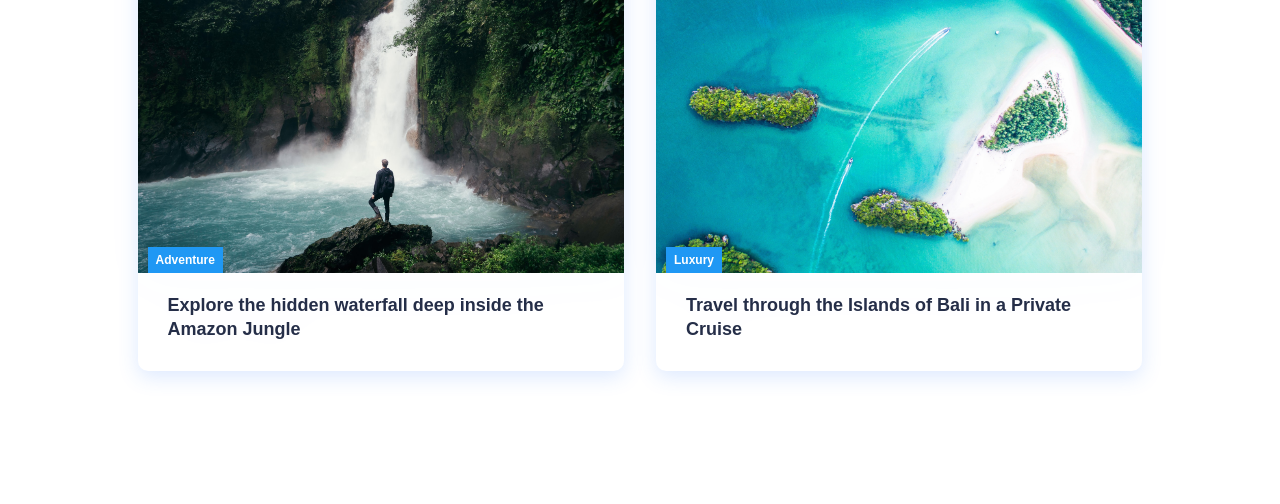
Repository: kate30980/practice-react-lp1
Page: /
The author's editor kept a copy of each file at every save. The page is drawn from the files as they stood at one save, then again after the next save.
The browser window is 1280 px wide. The pictures show the part of the page from y = 1004 to 1956 px (the page is 1508 px tall before and 1956 px after).
The project was rebuilt for these pictures with package versions that can differ from the ones it lists, and the page was loaded fresh each time.

Above is the page before, as saved 2021-09-25 15:15:53.

After the next save:
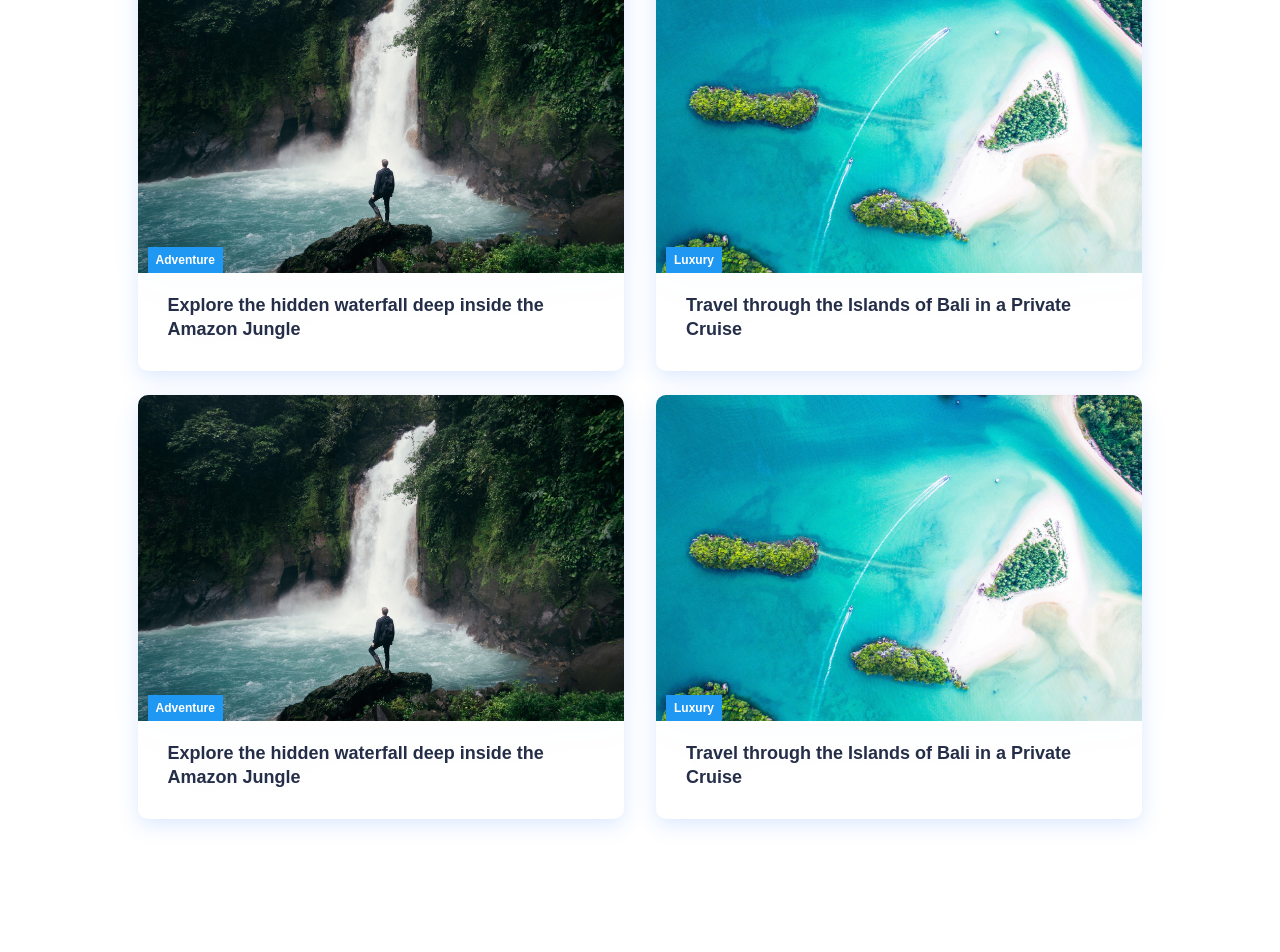
Saved 28 s later.
--- a/src/components/Cards.js
+++ b/src/components/Cards.js
@@ -22,6 +22,20 @@ function Cards() {
               path="/services"
             />
           </ul>
+          <ul className="cards__items">
+            <CardItem
+              src="images/img-9.jpg"
+              text="Explore the hidden waterfall deep inside the Amazon Jungle"
+              label="Adventure"
+              path="/services"
+            />
+            <CardItem
+              src="images/img-2.jpg"
+              text="Travel through the Islands of Bali in a Private Cruise"
+              label="Luxury"
+              path="/services"
+            />
+          </ul>
         </div>
       </div>
     </div>
